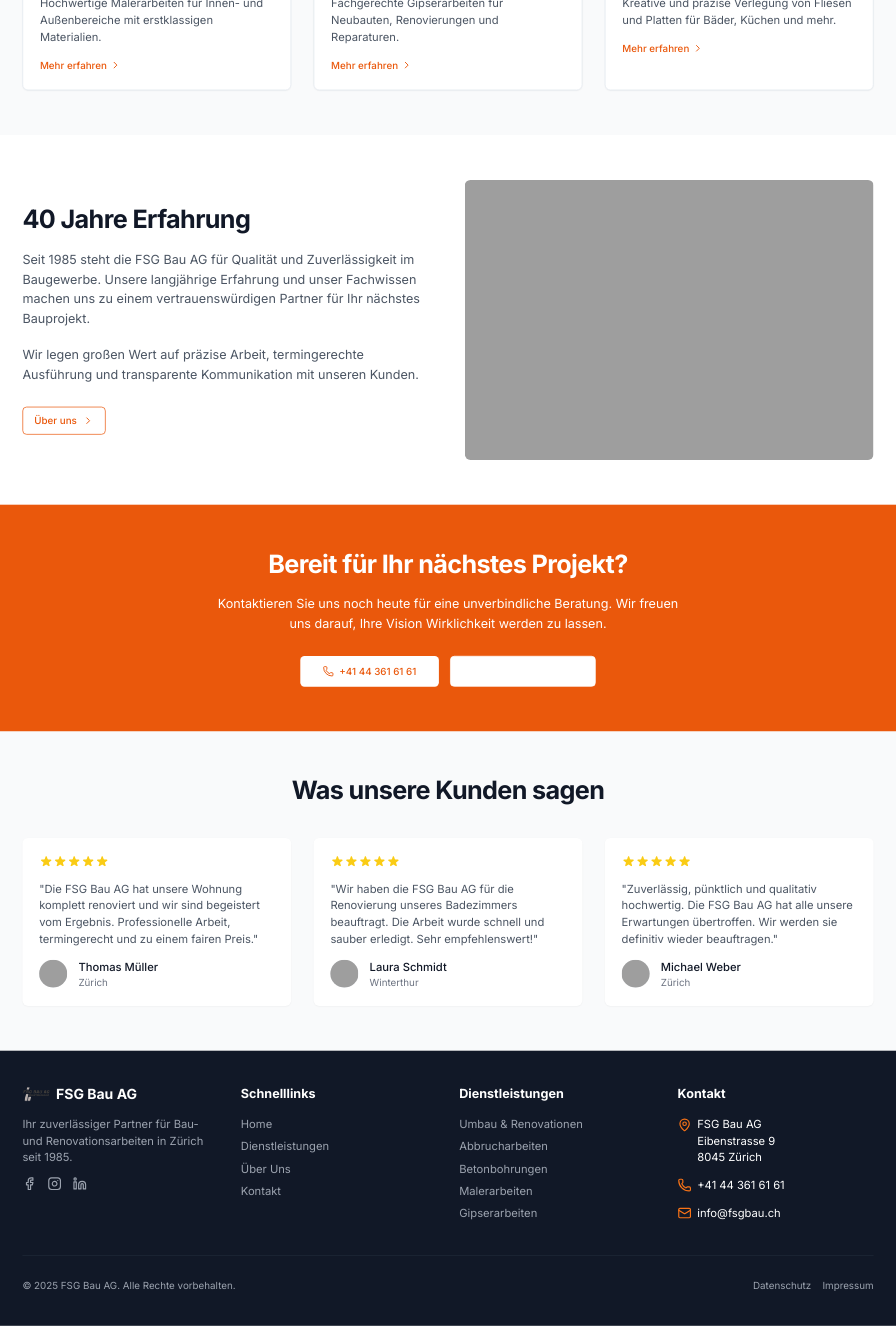
Repository: armendzz/v0-untitled-project
Page: /
These files come from the project's save history. The page is drawn as it stood at one moment and after the next save; the edit follows.
The browser window is 1280 px wide. The pictures show the part of the page from y = 1580 to 3500 px (the page is 3474 px tall before and 3500 px after), at 70% of full size.
Pictures or frames that could not be fetched are drawn as grey boxes. The project was rebuilt for these pictures with package versions that can differ from the ones it lists, and the page was loaded fresh each time. The framework's server and built-in components were replaced by stand-ins that run in the browser. Also part of the build but not shown: next.config.mjs.

Above is the page before, as saved 2025-05-05 13:00:41.

After the next save:
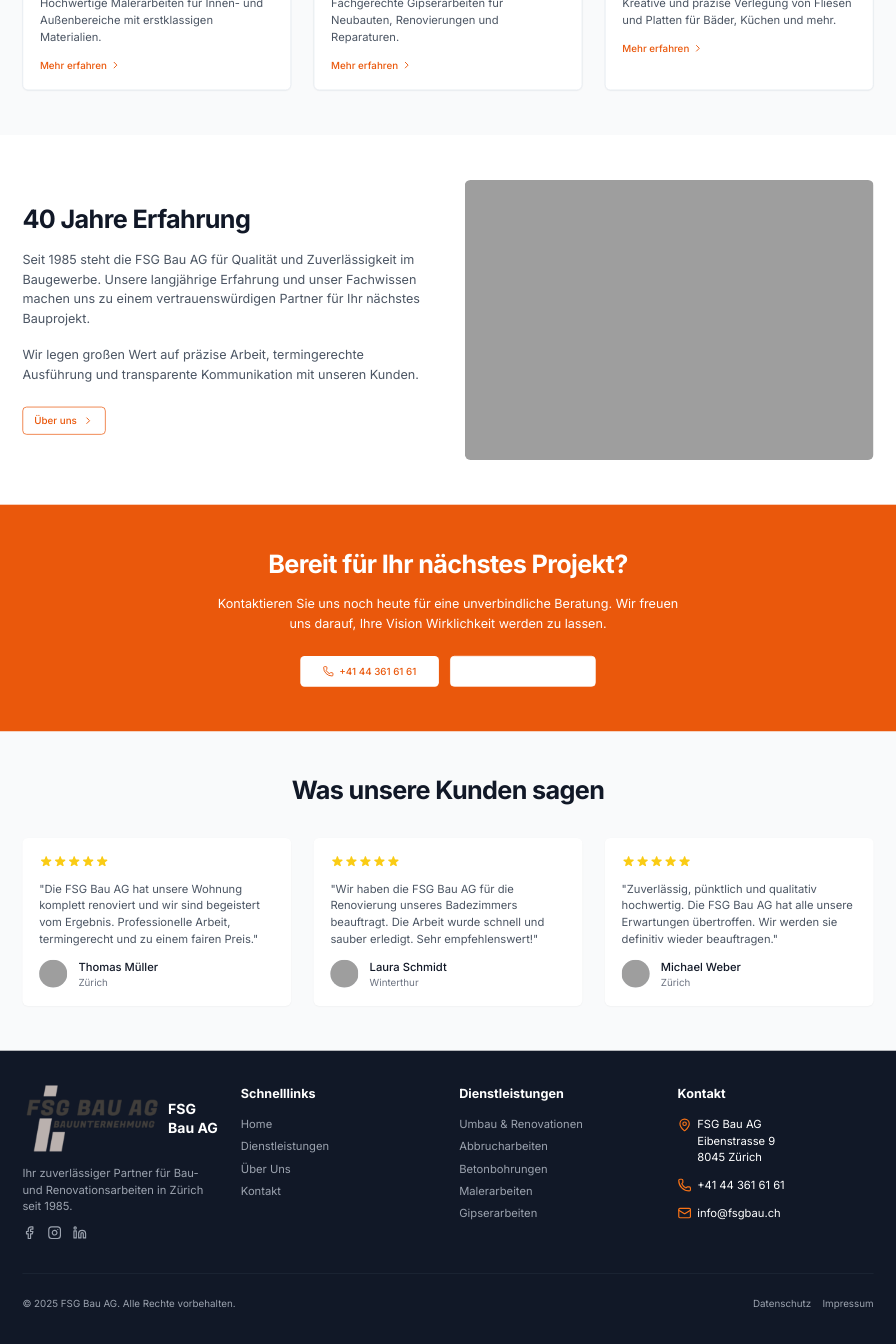
Saved 10 s later.
--- a/components/footer.tsx
+++ b/components/footer.tsx
@@ -18,7 +18,7 @@
             viewport={{ once: true }}
           >
             <div className="mb-4 flex items-center gap-2">
-              <Image src="/logo.png" alt="FSG Bau AG Logo" width={40} height={40} />
+              <Image src="/logo.png" alt="FSG Bau AG Logo" width={200} height={100} />
               <span className="text-xl font-bold">FSG Bau AG</span>
             </div>
             <p className="mb-4 text-gray-400">
